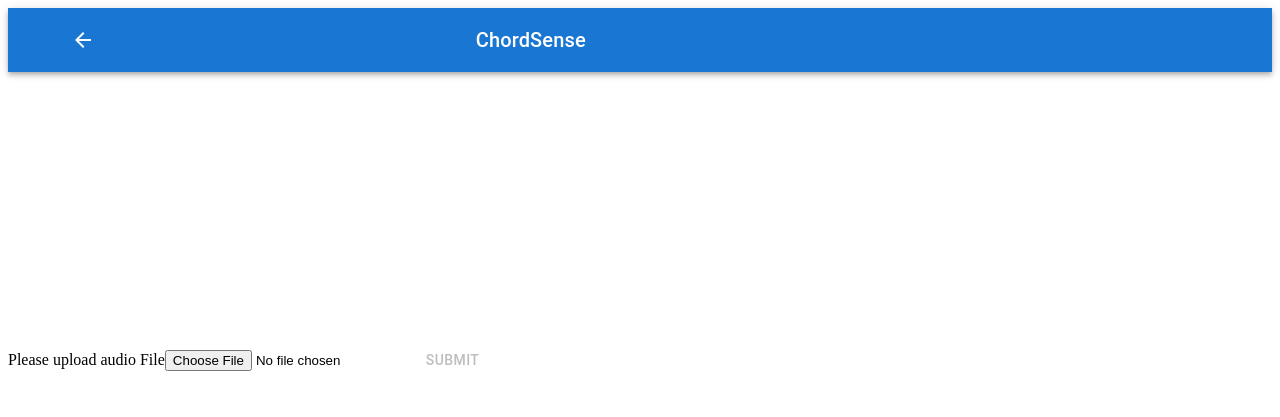
Repository: shamu332/ChordSense
Page: / (app in ui/)
These files come from the project's save history. The page is drawn as it stood at one moment and after the next save; the edit follows.
The browser window is 1280 px wide. The pictures show the whole page.
The project was rebuilt for these pictures with package versions that can differ from the ones it lists, and the page was loaded fresh each time. Also part of the build but not shown: ui/src/pages/Results.js.

Above is the page before, as saved 2023-03-11 15:45:14.

After the next save:
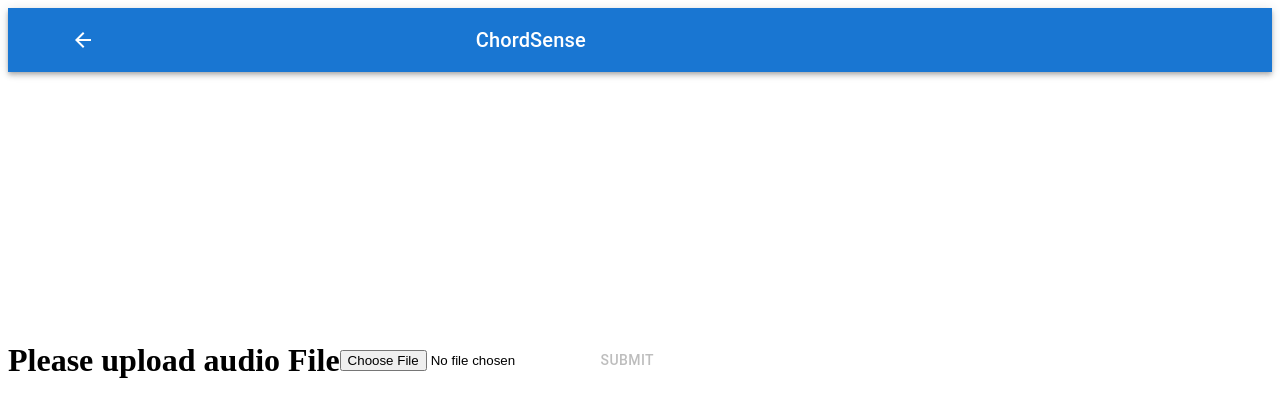
Saved 18 s later.
--- a/ui/src/pages/Landing.js
+++ b/ui/src/pages/Landing.js
@@ -59,7 +59,9 @@ const changeHandler = (event) => {
               alignItems: "center",
               height:"20vh",
             }}>
-                Please upload audio File
+                <h1>Please upload audio File
+
+                </h1>
             </div>
             <input type="file" name="file" onChange={changeHandler} />
                 {isFilePicked ? (
